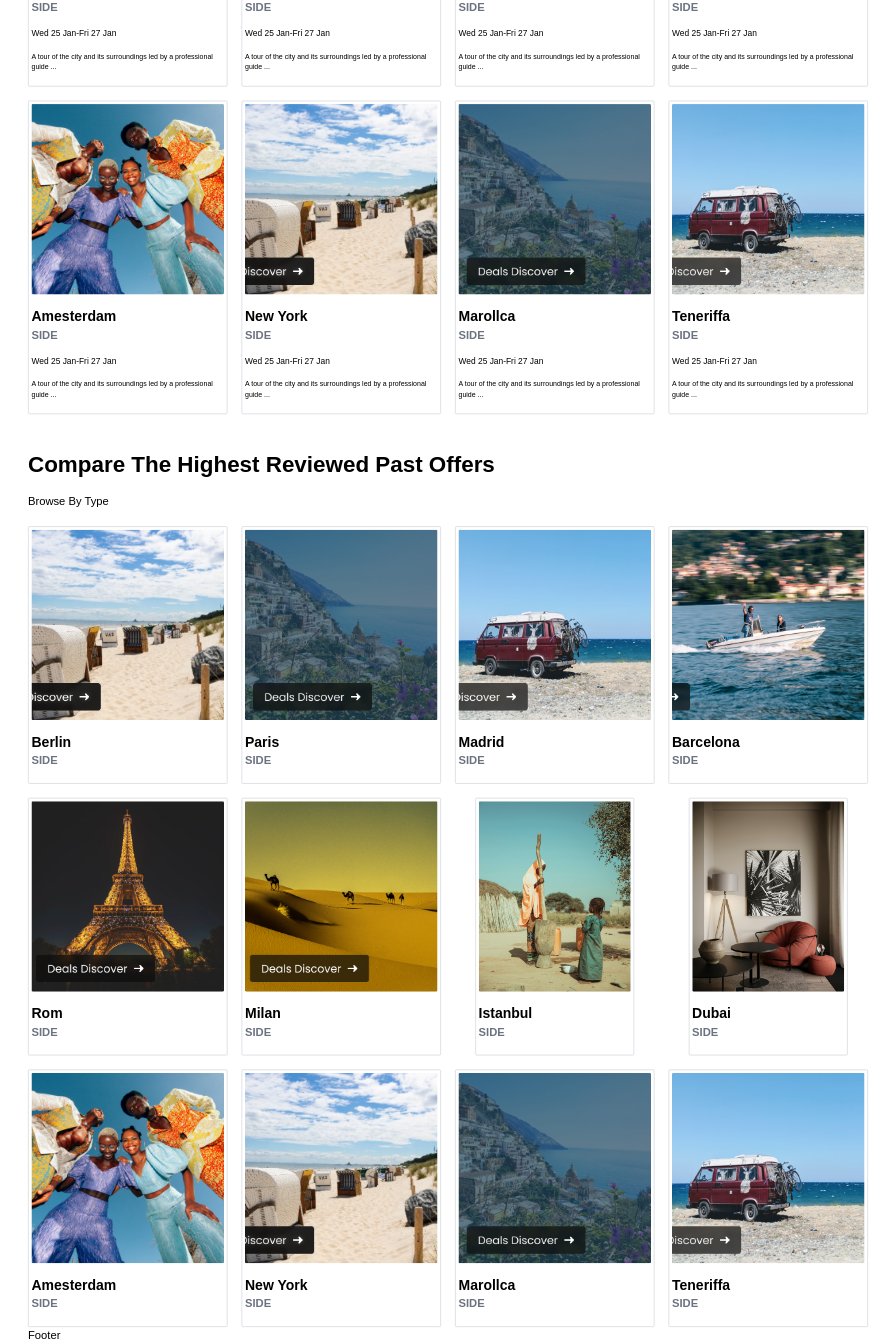
Repository: Quynhhuong150322/DIKO_STUDY_TRAVEL_WEB
Page: /
The author's editor kept a copy of each file at every save. The page is drawn from the files as they stood at one save, then again after the next save.
The browser window is 1280 px wide. The pictures show the part of the page from y = 2484 to 4404 px (the page is 4404 px tall before and 4332 px after), at 70% of full size.
The project was rebuilt for these pictures with package versions that can differ from the ones it lists, and the page was loaded fresh each time. Also part of the build but not shown: src/components/Login.js, src/components/Register.js. Imported but missing from the stored project, and not drawn on this page: src/redux/slices/authSlice.

Above is the page before, as saved 2024-02-23 11:52:34.

After the next save:
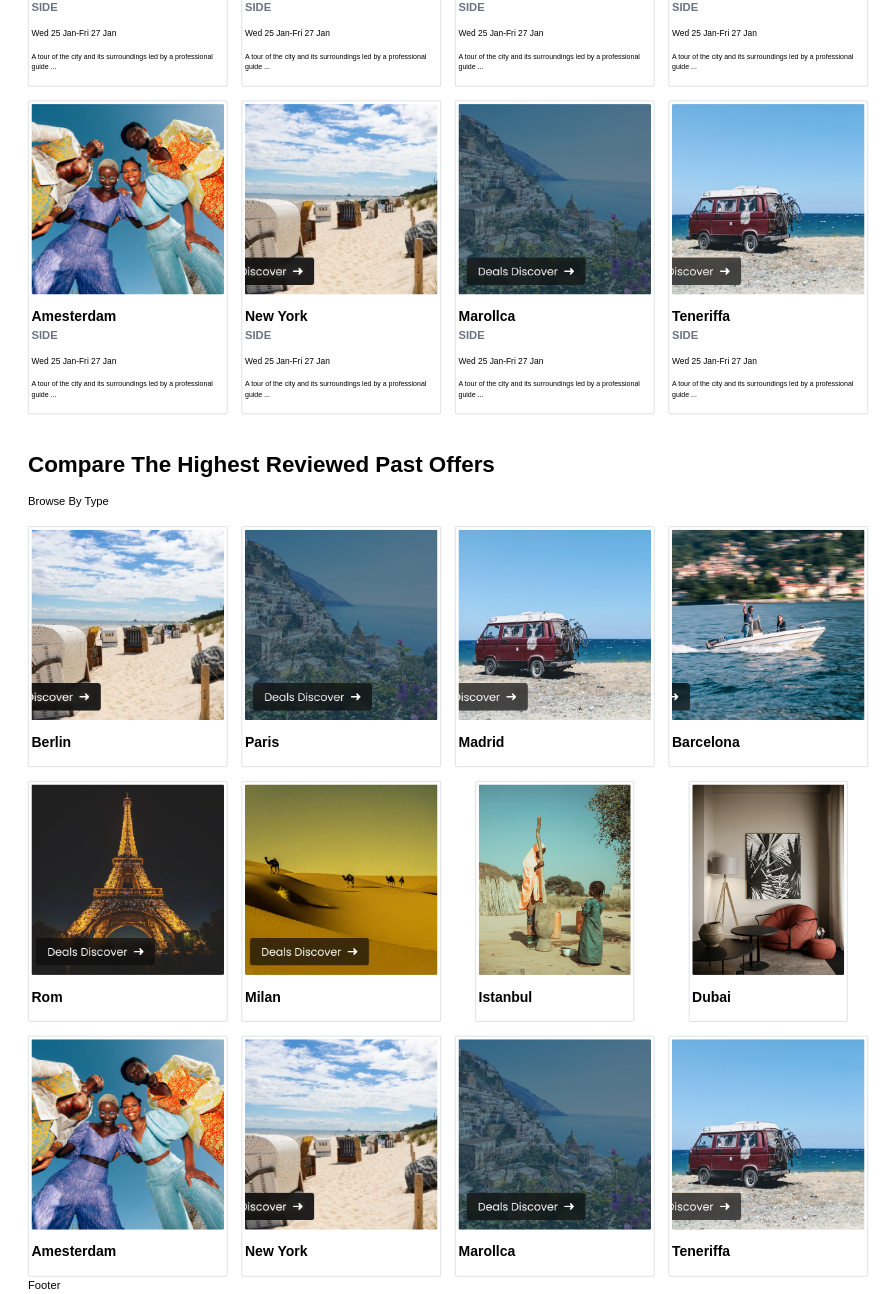
Saved 9 s later.
--- a/src/pages/LangdingPage/Langding.js
+++ b/src/pages/LangdingPage/Langding.js
@@ -296,7 +296,7 @@ const Langding = () => {
                 <div className='flex flex-col gap-4 pb-4'>
                   <div className=''>
                     <p className='text-xl font-semibold'>{data.location}</p>
-                    <p className='text-base text-gray-500/100 font-semibold'>{data.side}</p>
+                    {/* <p className='text-base text-gray-500/100 font-semibold'>{data.side}</p> */}
                   </div>
                   {/* <p className='text-sm font-medium'>{data.time}</p> */}
                   {/* <p className='text-l font-light'>{data.title}</p> */}
